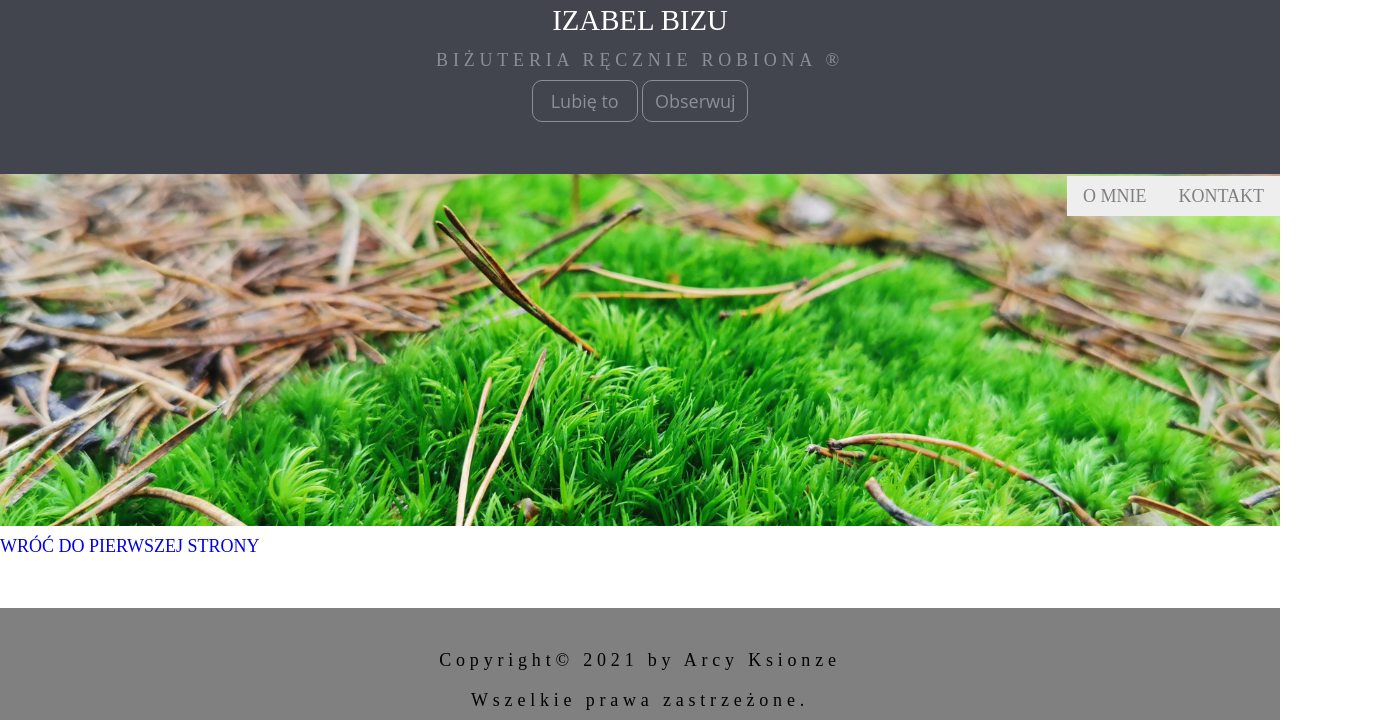
Repository: arcyksionze/strona_izy
Page: index2.html
An editor plug-in stored every save of this project. The page is shown before and after the next save, followed by the edit.
The browser window is 1280 px wide. The page is 1280 px wide, then 1378 px, then 1280 px, so the pictures cover 1378 px, including what lies to the right of the window. The pictures show the whole page.
Some web fonts or font styles are not loaded; a fallback is used.

Above is the page before, as saved 2021-04-11 22:52:18.

After the next save:
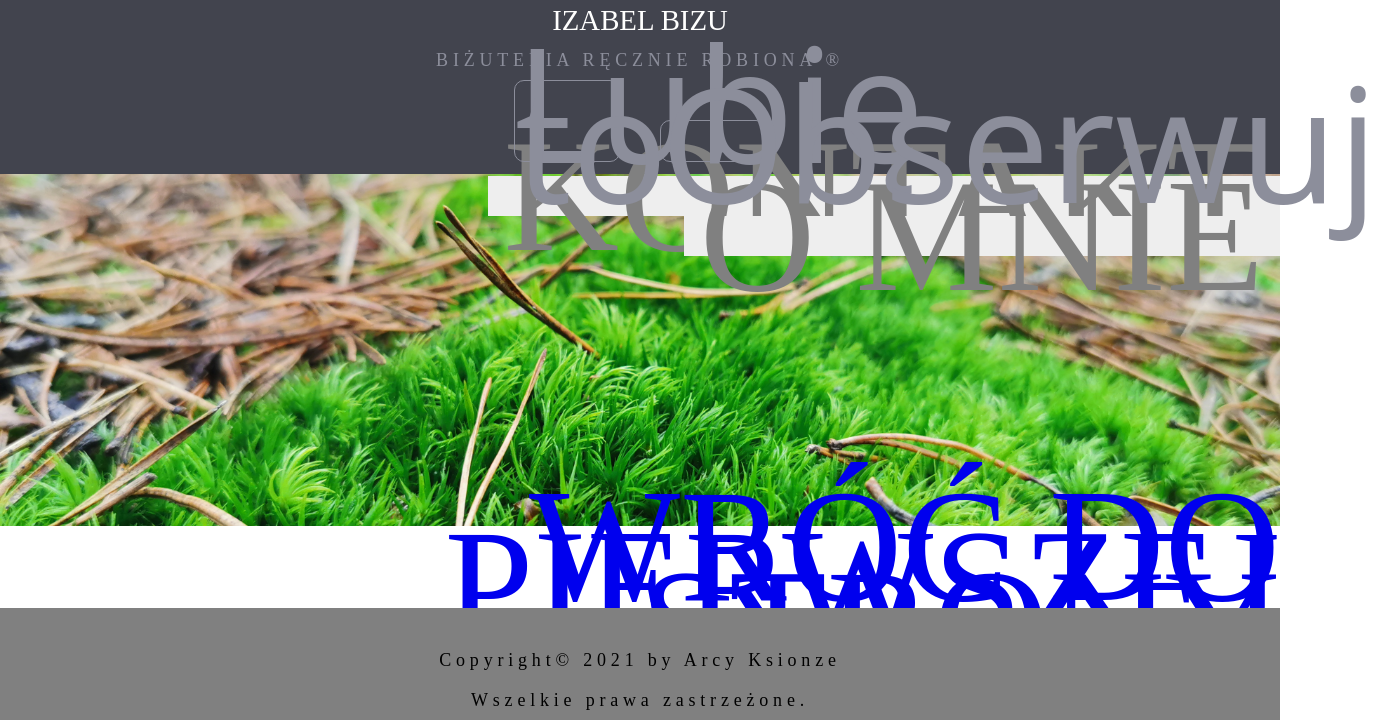
Saved 56 s later.
--- a/main2.css
+++ b/main2.css
@@ -15,7 +15,7 @@
 body {
 	/* WSZYSTKO */
 	font-family: Merriweather, 'Times New Roman', serif;
-	font-size: 1.125rem;
+	font-size: 10rem;
 	line-height: 2.5rem;
 	/* odstęp pomiędzy wierszami */
 }

After the save that followed:
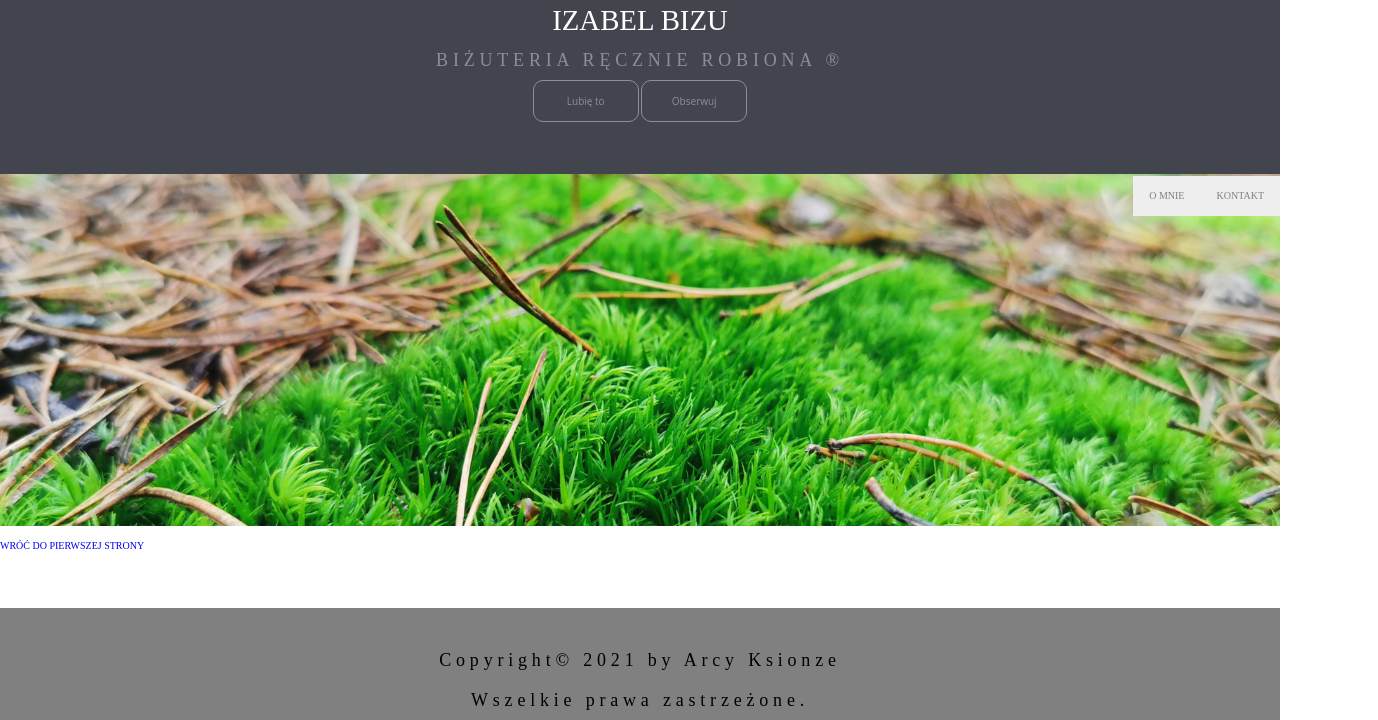
Saved 5 s later.
--- a/main2.css
+++ b/main2.css
@@ -15,7 +15,7 @@
 body {
 	/* WSZYSTKO */
 	font-family: Merriweather, 'Times New Roman', serif;
-	font-size: 10rem;
+	font-size: 10px;
 	line-height: 2.5rem;
 	/* odstęp pomiędzy wierszami */
 }
